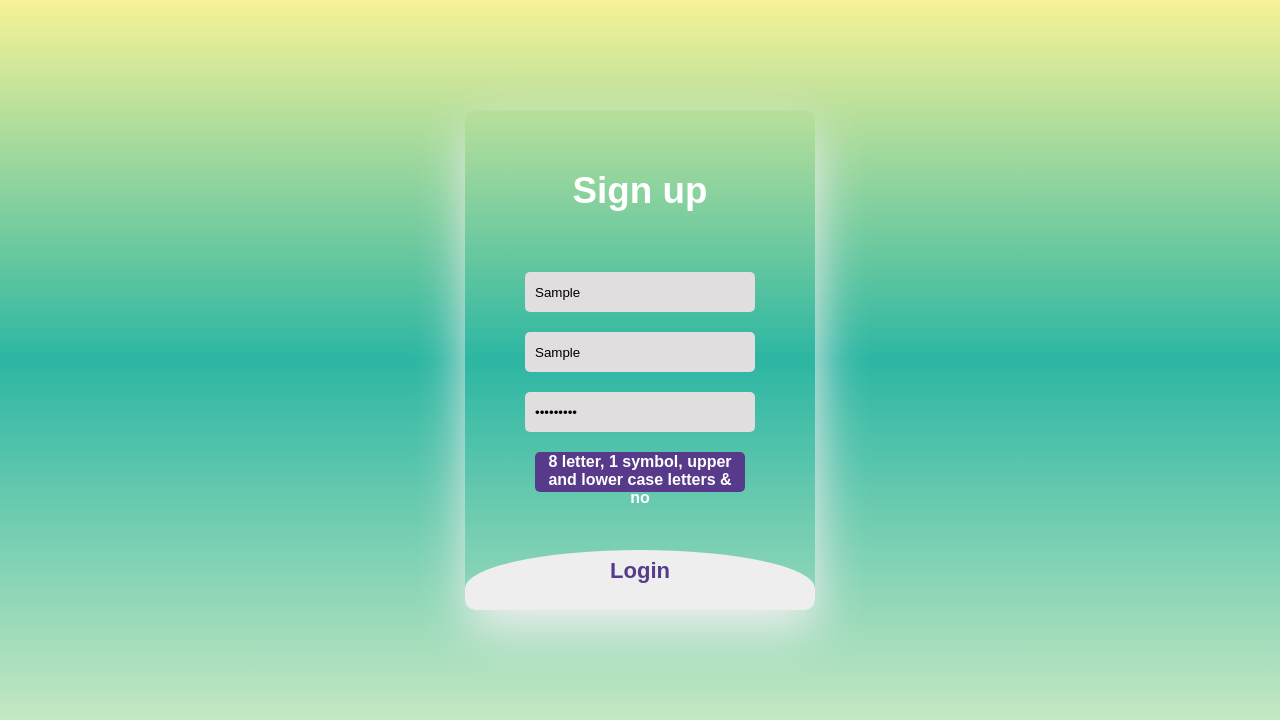
Repository: Puttaz/Kicks
Page: loginForm.html
The author's editor kept a copy of each file at every save. The page is drawn from the files as they stood at one save, then again after the next save.
The browser window is 1280 px wide. The pictures show the whole page.
Empty fields were first filled with sample values (such as "Sample", 5 or name@example.com).
After loading, the first visible `form` was submitted once.

Above is the page before, as saved 2023-04-13 13:45:55.

After the next save:
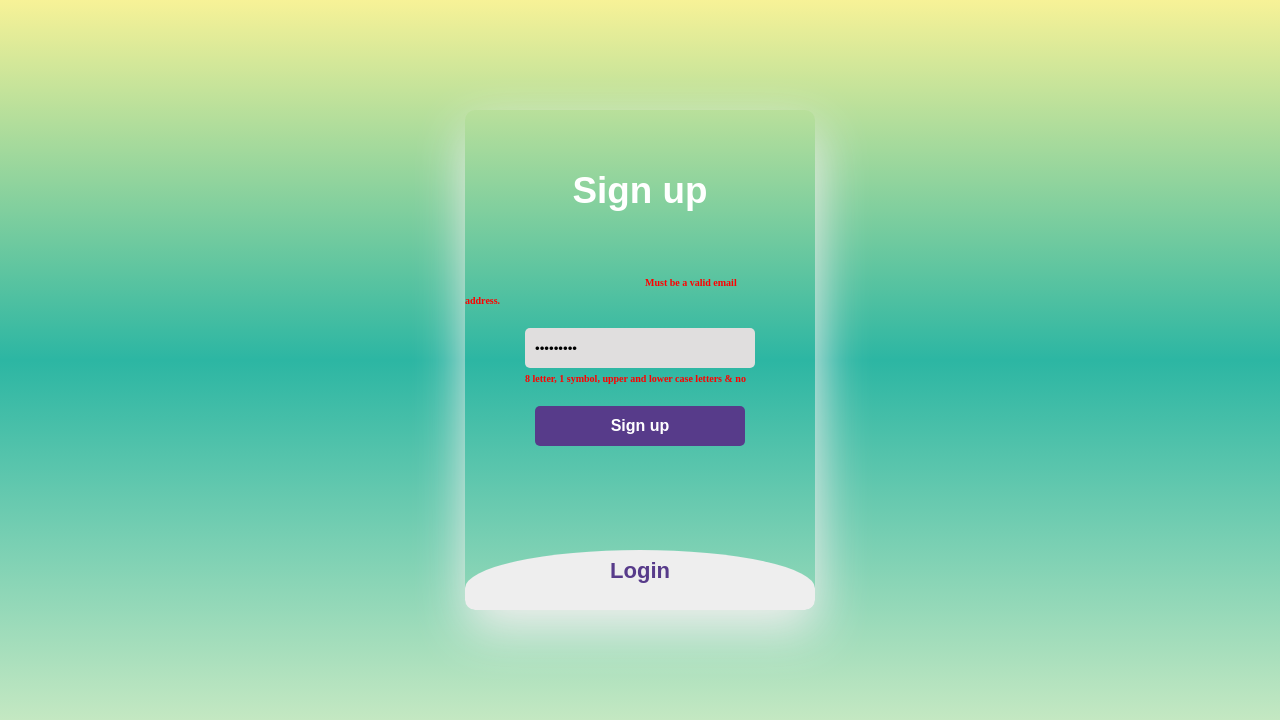
Saved 11 min 46 s later.
--- a/js/loginForm.js
+++ b/js/loginForm.js
@@ -4,9 +4,9 @@
 
    // For printing the error messages
   // $(":text").next().text("*");
-
-
-
+  $(":text").hide();
+ $(":text").after("<span></span>");
+ $(":password").after("<span></span>");
  // Created different regex for each label
 console.log(localStorage);
  var emailCheck = false;
@@ -17,12 +17,10 @@
  var charPattern = /^[A-Za-z]+$/;
  if (userName == "") {
    document.getElementById("userName").style.margin = "60px 20px 0px 60px";
-   $(":text").after("<span></span>");
    $("#userName").next().text(" This field is required.");
 
  } else if (!charPattern.test(userName)) {
    document.getElementById("userName").style.margin = "60px 20px 0px 60px";
-   $(":text").after("<span></span>");
    $("#userName").next().text("Only characters allowed.");
 
  } else {
@@ -56,7 +54,6 @@
 
  if (password == "") {
    document.getElementById("passwordSign").style.margin = "20px 60px 0px 60px";
-   $(":password").after("<span></span>");
    $("#passwordSign").next().text(" This field is required.");
 
  }
